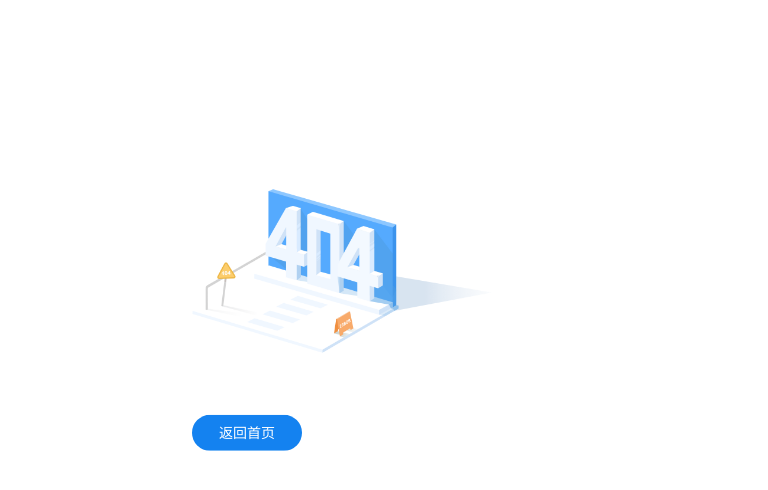
Repository: zoley/take-out-food
Page: /404
The author's editor kept a copy of each file at every save. The page is drawn from the files as they stood at one save, then again after the next save.
The browser window is 768 px wide. The pictures show the whole page.
The project was rebuilt for these pictures with package versions that can differ from the ones it lists, and the page was loaded fresh each time. Also part of the build but not shown: vue.config.js, src/views/layout/index.vue, src/views/goods/index.vue, src/assets/css/base.css.

Above is the page before, as saved 2019-11-03 00:10:52.

### public/index.html
<!DOCTYPE html>
<html lang="en">
  <head>
    <meta charset="utf-8">
    <meta http-equiv="X-UA-Compatible" content="IE=edge">
    <meta name="viewport" content="width=device-width,initial-scale=1.0">
    <link rel="icon" href="<%= BASE_URL %>favicon.ico">
    <title>take-out-food</title>
  </head>
  <body>
    <noscript>
      <strong>We're sorry but take-out-food doesn't work properly without JavaScript enabled. Please enable it to continue.</strong>
    </noscript>
    <div id="app"></div>
    <!-- built files will be auto injected -->
  </body>
</html>

### src/main.js
import Vue from 'vue'
import App from './App.vue'
import './registerServiceWorker'
import router from './router'
import store from './store'

import './assets/css/reset.css' //格式化样式
import './assets/css/base.css' //全局样式

Vue.config.productionTip = false

new Vue({
  router,
  store,
  render: h => h(App)
}).$mount('#app')

### src/App.vue
<template>
  <div id="app">
    <router-view></router-view>
  </div>
</template>
<script>
export default{
}
</script>
<style scoped lang="scss">

</style>

### src/router/index.js
import Vue from 'vue'
import VueRouter from 'vue-router'
import Layout from '../views/layout/index'
import Goods from '../views/goods/index'

Vue.use(VueRouter)

const routes = [
  {
    path: '/404',
    component: () => import('../views/errorPage/404'),
    hidden: true
  },
  {
    path: '/',
    redirect:'/goods',
    component: Layout,
    children:[
      {
        path: '/goods',
        name: 'goods',
        component: Goods,
      },
      {
        path: '/ratings',
        name: 'ratings',
        component: () => import('../views/ratings/index')
      },
      {
        path: '/seller',
        name: 'seller',
        component: () => import('../views/seller/index')
      },
    ]
  },
  { path: '*', redirect: '/404', hidden: true }
]

const router = new VueRouter({
  mode: 'history',
  base: process.env.BASE_URL,
  routes
})

export default router

### src/assets/css/reset.css
/*---格式化-reset----*/
body,h1,h2,h3,h4,h5,h6,hr,p,blockquote,dl,dt,dd,ul,ol,li,pre,fieldset,lengend,button,input,textarea,th,td{margin:0;padding:0}
body,button,input,select,textarea{font:12px/1 'Microsoft Yahei',Tahoma,Helvetica,Arial,"\5b8b\4f53",sans-serif}
h1{font-size:18px}
h2{font-size:16px}
h3{font-size:14px}
h4,h5,h6{font-size:100%}
address,cite,dfn,em,var{font-style:normal}
code,kbd,pre,samp,tt{font-family:"Courier New",Courier,monospace}
small{font-size:12px}
ul,ol{list-style:none}
a{text-decoration:none}
a:hover{text-decoration:underline}
abbr[title],acronym[title]{border-bottom:1px dotted;cursor:help}
q:before,q:after{content:''}
legend{color:#000}
fieldset,img{border:none}
button,input,select,textarea{font-size:100%}
table{border-collapse:collapse;border-spacing:0}
hr{border:none;height:1px}
html{overflow-y:scroll}

### src/views/errorPage/404.vue
<template>
  <div class="wscn-http404-container">
    <div class="wscn-http404">
      <div class="pic-404">
        <img class="pic-404__parent" src="@/assets/404_images/404.png" alt="404">
        <img class="pic-404__child left" src="@/assets/404_images/404_cloud.png" alt="404">
        <img class="pic-404__child mid" src="@/assets/404_images/404_cloud.png" alt="404">
        <img class="pic-404__child right" src="@/assets//404_images/404_cloud.png" alt="404">
      </div>
      <div class="bullshit">
        <div class="bullshit__oops min-none">OOPS!</div>
        <div class="bullshit__info min-none">版权所有
          <a class="link-type min-none" href="http://zoley.me/blog.php" target="_blank">zole小站</a>
        </div>
        <div class="bullshit__headline min-none">{{ message }}</div>
        <div class="bullshit__info min-none">请检查您输入的网址是否正确，请点击以下按钮返回主页或者发送错误报告</div>
        <router-link to="/" class="bullshit__return-home">返回首页</router-link>
      </div>
    </div>
  </div>
</template>

<script>

export default {
  name: 'Page404',
  computed: {
    message() {
      return '网管说这个页面你不能进......'
    }
  }
}
</script>

<style rel="stylesheet/scss" lang="scss" scoped>
.wscn-http404-container{
  transform: translate(-50%,-50%);
  position: absolute;
  top: 40%;
  left: 50%;
}
.wscn-http404 {
  position: relative;
  width: 1200px;
  padding: 0 50px;
  overflow: hidden;
  .pic-404 {
    position: relative;
    float: left;
    width: 600px;
    overflow: hidden;
    &__parent {
      width: 100%;
    }
    &__child {
      position: absolute;
      &.left {
        width: 80px;
        top: 17px;
        left: 220px;
        opacity: 0;
        animation-name: cloudLeft;
        animation-duration: 2s;
        animation-timing-function: linear;
        animation-fill-mode: forwards;
        animation-delay: 1s;
      }
      &.mid {
        width: 46px;
        top: 10px;
        left: 420px;
        opacity: 0;
        animation-name: cloudMid;
        animation-duration: 2s;
        animation-timing-function: linear;
        animation-fill-mode: forwards;
        animation-delay: 1.2s;
      }
      &.right {
        width: 62px;
        top: 100px;
        left: 500px;
        opacity: 0;
        animation-name: cloudRight;
        animation-duration: 2s;
        animation-timing-function: linear;
        animation-fill-mode: forwards;
        animation-delay: 1s;
      }
      @keyframes cloudLeft {
        0% {
          top: 17px;
          left: 220px;
          opacity: 0;
        }
        20% {
          top: 33px;
          left: 188px;
          opacity: 1;
        }
        80% {
          top: 81px;
          left: 92px;
          opacity: 1;
        }
        100% {
          top: 97px;
          left: 60px;
          opacity: 0;
        }
      }
      @keyframes cloudMid {
        0% {
          top: 10px;
          left: 420px;
          opacity: 0;
        }
        20% {
          top: 40px;
          left: 360px;
          opacity: 1;
        }
        70% {
          top: 130px;
          left: 180px;
          opacity: 1;
        }
        100% {
          top: 160px;
          left: 120px;
          opacity: 0;
        }
      }
      @keyframes cloudRight {
        0% {
          top: 100px;
          left: 500px;
          opacity: 0;
        }
        20% {
          top: 120px;
          left: 460px;
          opacity: 1;
        }
        80% {
          top: 180px;
          left: 340px;
          opacity: 1;
        }
        100% {
          top: 200px;
          left: 300px;
          opacity: 0;
        }
      }
    }
  }
  .bullshit {
    position: relative;
    float: left;
    width: 300px;
    padding: 30px 0;
    overflow: hidden;
    &__oops {
      font-size: 32px;
      font-weight: bold;
      line-height: 40px;
      color: #1482f0;
      opacity: 0;
      margin-bottom: 20px;
      animation-name: slideUp;
      animation-duration: 0.5s;
      animation-fill-mode: forwards;
    }
    &__headline {
      font-size: 20px;
      line-height: 24px;
      color: #222;
      font-weight: bold;
      opacity: 0;
      margin-bottom: 10px;
      animation-name: slideUp;
      animation-duration: 0.5s;
      animation-delay: 0.1s;
      animation-fill-mode: forwards;
    }
    &__info {
      font-size: 13px;
      line-height: 21px;
      color: grey;
      opacity: 0;
      margin-bottom: 30px;
      animation-name: slideUp;
      animation-duration: 0.5s;
      animation-delay: 0.2s;
      animation-fill-mode: forwards;
    }
    &__return-home {
      display: block;
      float: left;
      width: 110px;
      height: 36px;
      background: #1482f0;
      border-radius: 100px;
      text-align: center;
      color: #ffffff;
      opacity: 0;
      font-size: 14px;
      line-height: 36px;
      cursor: pointer;
      animation-name: slideUp;
      animation-duration: 0.5s;
      animation-delay: 0.3s;
      animation-fill-mode: forwards;
    }
    @keyframes slideUp {
      0% {
        transform: translateY(60px);
        opacity: 0;
      }
      100% {
        transform: translateY(0);
        opacity: 1;
      }
    }
  }
}
@media screen and (max-width: 768px){
  .wscn-http404{
    width:100%;
    padding:0;
    .pic-404__child{
      display: none;
    }
    .pic-404 {
      width:300px;
      margin:30px auto;
    }
    .min-none{
      display: none;
    }
  }
}
</style>

Loaded but not shown: src/registerServiceWorker.js (common file); src/store/index.js (common file)

After the next save:
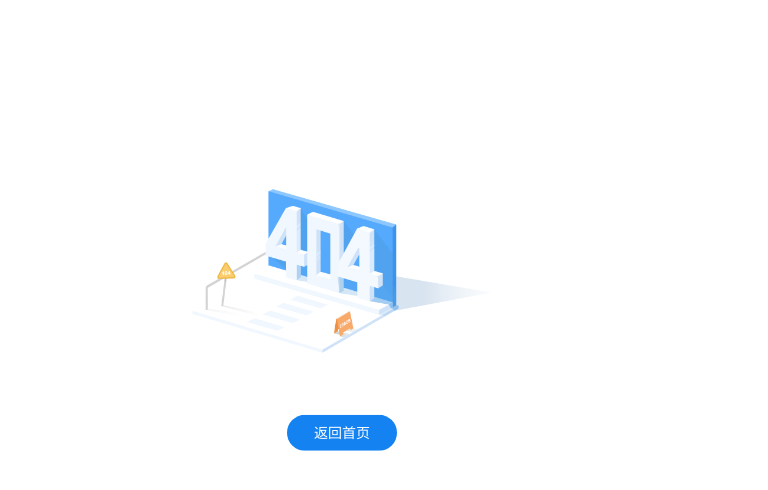
Saved 98 s later.
--- a/src/views/errorPage/404.vue
+++ b/src/views/errorPage/404.vue
@@ -239,6 +239,10 @@ export default {
     .min-none{
       display: none;
     }
+    .bullshit__return-home{
+      float: none;
+      margin:0 auto;
+    }
   }
 }
 </style>
